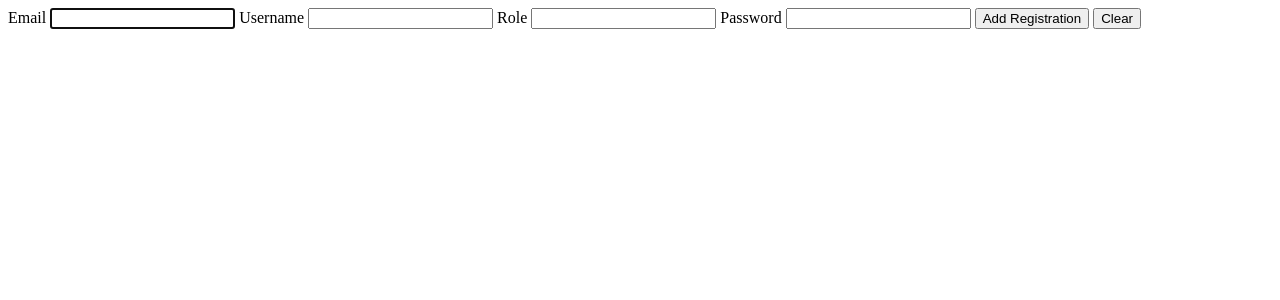
Repository: Minisandu/E-commerce-System
Page: http://localhost/paf_project/addRegistration
These files come from the project's save history. The page is drawn as it stood at one moment and after the next save; the edit follows.
The browser window is 1280 px wide. The pictures show the whole page.
The page is served by Tomcat 9.

Above is the page before, as saved 2019-05-19 16:48:10.

After the next save:
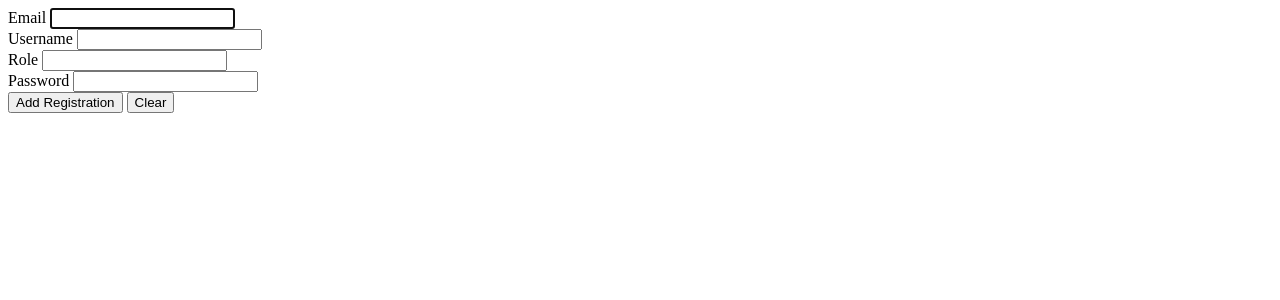
Saved 16 s later.
--- a/paf_project/paf_project/src/main/webapp/WEB-INF/views/addRegistration.jsp
+++ b/paf_project/paf_project/src/main/webapp/WEB-INF/views/addRegistration.jsp
@@ -16,18 +16,22 @@
 			Email
 			<form:input type="text" path="email" class="form-control"
 				name="email" required="required" autofocus="autofocus" />
+			<br>
 
 			Username
 			<form:input type="text" path="username" class="form-control"
 				name="username" required="required" autofocus="autofocus" />
+				<br>
 
 			Role
 			<form:input type="text" path="role" class="form-control"
 				name="role" required="required" autofocus="autofocus" />
+				<br>
 
 			Password
 			<form:input type="text" path="password" class="form-control"
 				name="password" required="required" autofocus="autofocus" />
+				<br>
 
 
 			<button type="submit">Add Registration</button>
